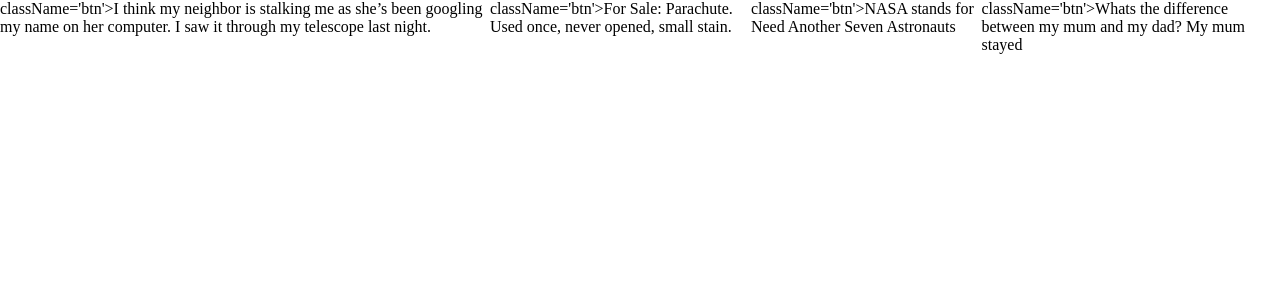
Repository: SerbanLuca/ChuckNorrisJokes-app
Page: /
An editor plug-in stored every save of this project. The page is shown before and after the next save, followed by the edit.
The browser window is 1280 px wide. The pictures show the whole page.
The project was rebuilt for these pictures with package versions that can differ from the ones it lists, and the page was loaded fresh each time.

Above is the page before, as saved 2021-04-07 12:18:03.

### src/App.js
import './App.css';
import React, {useState, useEffect} from 'react';
import Joke from './Joke';

const EASY_JOKES = [
  {
    name:'I think my neighbor is stalking me as she’s been googling my name on her computer. I saw it through my telescope last night.',
    index: 0,
    points: 10
  },
  {
    name:'For Sale: Parachute. Used once, never opened, small stain.',
    index: 1,
    points: 10
  },
  {
    name:'NASA stands for Need Another Seven Astronauts',
    index: 2,
    points: 10
  },
  {
    name:'Whats the difference between my mum and my dad? My mum stayed',
    index: 3,
    points: 10
  }
]

function App() {

  //const [selectedJokeIndex, setSelectedJokeIndex] = useState(0);
  const [easyLevels, setEasyLevels] = useState(EASY_JOKES);


  return (
    <>
      <div className="container-btn">
          {easyLevels.map((easyLevel, index) => {
            return(<Joke key={index} name={easyLevel.name}/>)
          })}

      </div>
    </>
  );
}

export default App;

### src/App.css
*
{
  box-sizing: border-box;
  padding: 0;
  margin: 0;
}

.container-btn
{
  display: flex;
  justify-content: space-between;
}

### src/Joke.js
import React from 'react'

export default function Joke({name}) {
    return (
        <div>
            <p> className='btn'>{name}</p>
        </div>
    )
}

Loaded but not shown: public/index.html (common file); src/index.js (common file)

After the next save:
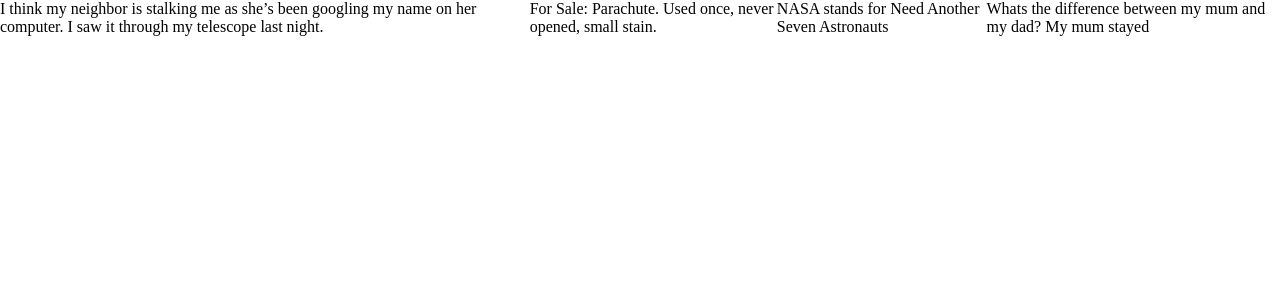
Saved 10 s later.
--- a/src/Joke.js
+++ b/src/Joke.js
@@ -3,7 +3,7 @@ import React from 'react'
 export default function Joke({name}) {
     return (
         <div>
-            <p> className='btn'>{name}</p>
+            <p>{name}</p>
         </div>
     )
 }
